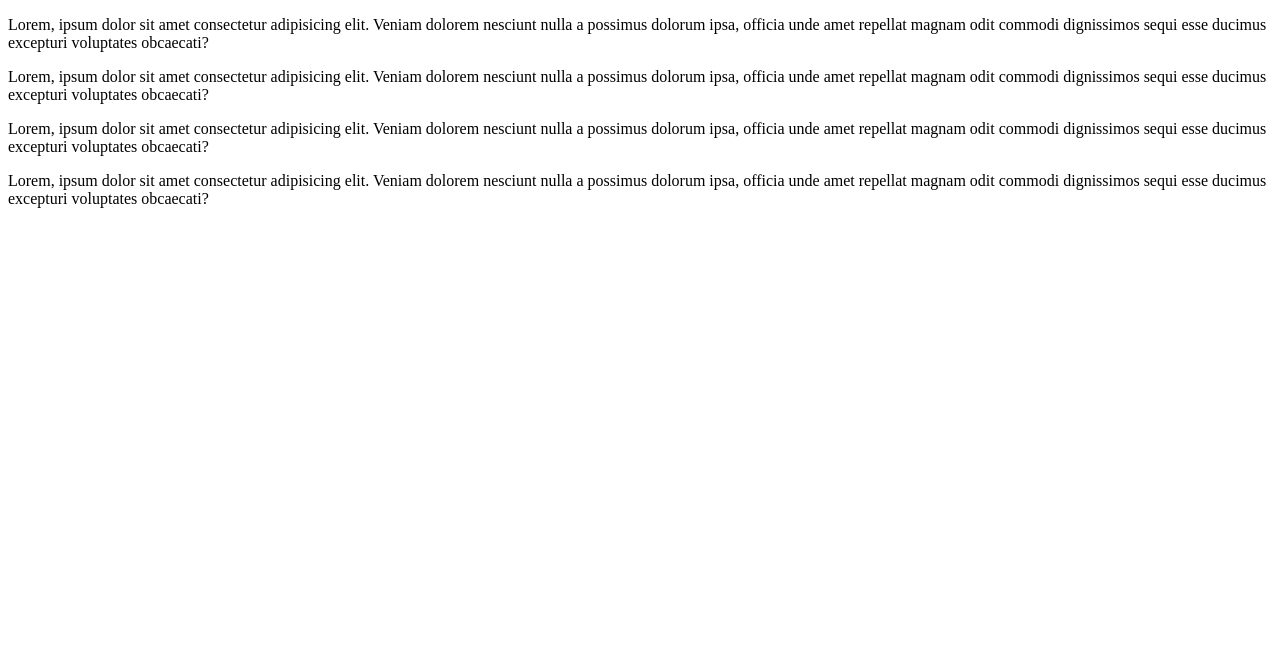
Repository: anhtu2110/front_end
Page: lesson/bootstrap/grid-layout/2.5-grid-responsive.html
The author's editor kept a copy of each file at every save. The page is drawn from the files as they stood at one save, then again after the next save.
The browser window is 1280 px wide. The pictures show the whole page.

Above is the page before, as saved 2022-12-01 16:55:20.

### lesson/bootstrap/grid-layout/2.5-grid-responsive.html
<!DOCTYPE html>
<html lang="en">
  <head>
    <meta charset="UTF-8" />
    <meta http-equiv="X-UA-Compatible" content="IE=edge" />
    <meta name="viewport" content="width=device-width, initial-scale=1.0" />
    <title>Document</title>
  </head>
  <body>
    <div class="container">
      <div class="row">
        <div class="col-md-3 box">
          <p>
            Lorem, ipsum dolor sit amet consectetur adipisicing elit. Veniam
            dolorem nesciunt nulla a possimus dolorum ipsa, officia unde amet
            repellat magnam odit commodi dignissimos sequi esse ducimus
            excepturi voluptates obcaecati?
          </p>
        </div>
        <div class="col-md-3 box">
            <p>
              Lorem, ipsum dolor sit amet consectetur adipisicing elit. Veniam
              dolorem nesciunt nulla a possimus dolorum ipsa, officia unde amet
              repellat magnam odit commodi dignissimos sequi esse ducimus
              excepturi voluptates obcaecati?
            </p>
          </div>
      </div>
      <div class="col-md-3 box">
        <p>
          Lorem, ipsum dolor sit amet consectetur adipisicing elit. Veniam
          dolorem nesciunt nulla a possimus dolorum ipsa, officia unde amet
          repellat magnam odit commodi dignissimos sequi esse ducimus
          excepturi voluptates obcaecati?
        </p>
      </div>
      <div class="col-md-3 box">
          <p>
            Lorem, ipsum dolor sit amet consectetur adipisicing elit. Veniam
            dolorem nesciunt nulla a possimus dolorum ipsa, officia unde amet
            repellat magnam odit commodi dignissimos sequi esse ducimus
            excepturi voluptates obcaecati?
          </p>
        </div>
    </div>
    </div>
  </body>
</html>

Loaded but not shown: lesson/bootstrap/grid-layout/bootstrap/css/bootstrap.min.css (library); lesson/bootstrap/grid-layout/js/jquery-3.6.1.min.js (library); lesson/bootstrap/grid-layout/js/popper.min.js (library); lesson/bootstrap/grid-layout/bootstrap/js/bootstrap.min.js (library)

After the next save:
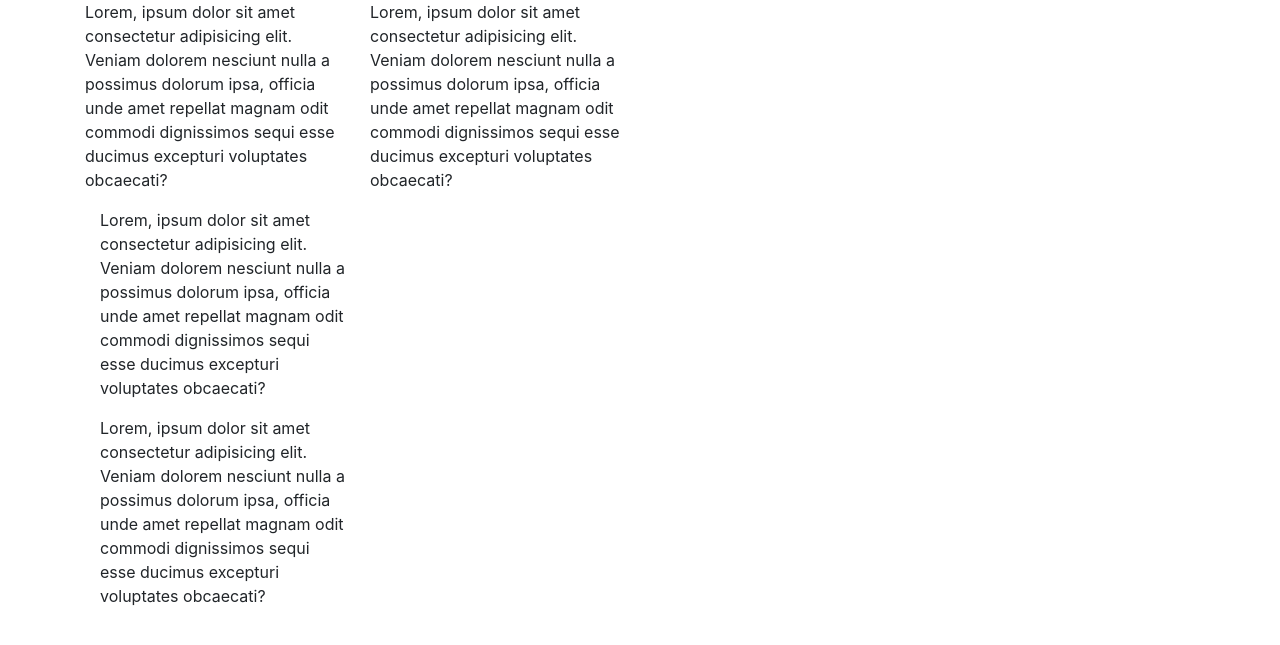
Saved 49 s later.
--- a/lesson/bootstrap/grid-layout/2.5-grid-responsive.html
+++ b/lesson/bootstrap/grid-layout/2.5-grid-responsive.html
@@ -4,6 +4,7 @@
     <meta charset="UTF-8" />
     <meta http-equiv="X-UA-Compatible" content="IE=edge" />
     <meta name="viewport" content="width=device-width, initial-scale=1.0" />
+    <link rel="stylesheet" href="./bootstrap/css/bootstrap.min.css" />
     <title>Document</title>
   </head>
   <body>
@@ -44,5 +45,8 @@
         </div>
     </div>
     </div>
+    <script src="js/jquery-3.6.1.min.js"></script>
+    <script src="js/popper.min.js"></script>
+    <script src="./bootstrap/js/bootstrap.min.js"></script>
   </body>
 </html>
